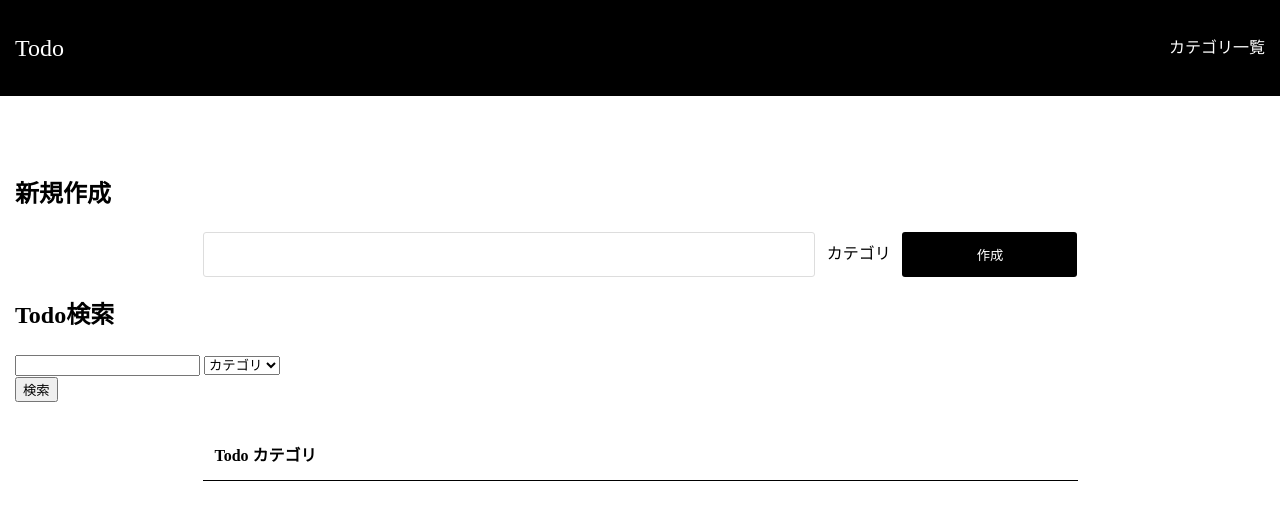
Repository: mayu-ya/todo4
Page: http://localhost/
An editor plug-in stored every save of this project. The page is shown before and after the next save, followed by the edit.
The browser window is 1280 px wide. The pictures show the whole page.
The page is served by the project's Laravel application, run on PHP 8.4 with Laravel 8. Other server files are loaded and not shown. Queries for data that is not in the repository find no rows.

Above is the page before, as saved 2026-01-13 16:04:52.

### src/routes/web.php
<?php

use Illuminate\Support\Facades\Route;
use App\Http\Controllers\TodoController;

/*
|--------------------------------------------------------------------------
| Web Routes
|--------------------------------------------------------------------------
|
| Here is where you can register web routes for your application. These
| routes are loaded by the RouteServiceProvider within a group which
| contains the "web" middleware group. Now create something great!
|
*/

Route::get('/', [TodoController::class, 'index']);
Route::post('/todos', [TodoController::class, 'store']);
Route::patch('/todos/update', [TodoController::class, 'update']);
Route::delete('todos/delete', [TodoController::class, 'destroy']);

### src/app/Http/Controllers/TodoController.php
<?php

namespace App\Http\Controllers;

use App\Models\Todo;
use App\Http\Requests\TodoRequest;
use Illuminate\Http\Request;

class TodoController extends Controller
{
    public function index()
    {
        $todos = Todo::all();

        return view('index', compact('todos'));
    }

    public function store(TodoRequest $request)
    {
        $todo = $request->only(['content']);
        Todo::create($todo);

        return redirect('/')->with('message', 'Todoを作成しました');
    }

    public function update(TodoRequest $request)
    {
        $todo = $request->only(['content']);
        Todo::find($request->id)->update($todo);

        return redirect('/')->with('message', 'Todoを更新しました');
    }

    public function destroy(Request $request)
    {
        Todo::find($request->id)->delete();

        return redirect('/')->with('message', 'Todoを削除しました');
    }
}

### src/app/Models/Todo.php
<?php

namespace App\Models;

use Illuminate\Database\Eloquent\Factories\HasFactory;
use Illuminate\Database\Eloquent\Model;

class Todo extends Model
{
    use HasFactory;

    protected $fillable = ['category_id', 'content'];

    public function category()
    {
        return $this->belongsTo(Category::class);
    }
}

### src/resources/views/index.blade.php
@extends('layouts.app')

@section('css')
<link rel="stylesheet" href="{{ asset('css/index.css') }}">
@endsection

@section('content')
<div class="todo-message">
    @if(session('message'))
    <div class="todo-message_header">
        {{ session('message') }}
    </div>
    @endif
    @if($errors->any())
    <div class="todo-error-message_header">
        <ul>
            @foreach($errors->all() as $error)
            <li>{{ $error }}</li>
            @endforeach
        </ul>
    </div>
    @endif
</div>

<div class="content">
    <div class="section_title">
        <h2>新規作成</h2>
    </div>
    <form class="create-form" action="/todos" method="post">
        @csrf
        <div class="create-form-todo">
            <input class=create-form-todo_input type="text" name="content" value="{{ old('content') }}">
        </div>
        <section class="create-form_item-select">
            <option value="">カテゴリ</option>
        </section>
        <div class="create-form_button">
            <button class="create-form_button-submit" type="submit">作成</button>
        </div>
    </form>
    <div class="section__title">
        <h2>Todo検索</h2>
    </div>
    <form class="search-form">
        <div class="search-form_item">
            <input type="text" class="search-form_item-input">
            <select class="search-form_item-select">
                <option value="">カテゴリ</option>
            </select>
        </div>
        <div class="search-form_button">
            <button class="search-form_button-submit" type="submit">検索</button>
        </div>
    </form>

    <table class="table">
        <tr class="table-row">
            <th class="table-title">
                <span class="todo-table_header-span">Todo</span>
                <span class="todo-table_header-span">カテゴリ</span>
            </th>
        </tr>
        @foreach($todos as $todo)
        <tr class="table-row">
            <td class="table_item">
                <form class="table-update" action="/todos/update" method="post">
                    @method('patch')
                    @csrf
                    <div class="table-todo">
                        <input type="text" class="table-update_input" name="content" value="{{ $todo['content'] }}">
                        <input type="hidden" name="id" value="{{ $todo['id'] }}">
                    </div>
                    <div class="update-form_item">
                        <p class="update-form_item-p">Category 1</p>
                    </div>
                    <div class="table-update_button">
                        <button class="table-update_button-submit" type="submit">更新</button>
                    </div>
                </form>
            </td>
            <td class="table_item">
                <form class="table-delete" action="/todos/delete" method="post">
                    @method('delete')
                    @csrf
                    <div class="table-delete_button">
                        <input type="hidden" name="id" value="{{ $todo['id'] }}">
                        <button class="table-delete_button-submit" type="submit">削除</button>
                    </div>
                </form>
            </td>
        </tr>
        @endforeach
    </table>
</div>
@endsection

### src/resources/views/layouts/app.blade.php
<!DOCTYPE html>
<html lang="ja">
<head>
    <meta charset="UTF-8">
    <meta name="viewport" content="width=device-width, initial-scale=1.0">
    <title>Todo</title>
    <link rel="stylesheet" href="{{ asset('css/sanitize.css') }}">
    <link rel="stylesheet" href="{{ asset('css/common.css') }}">
    @yield('css')
</head>
<body>
    <header class="header">
        <div class="header-inner">
            <div class="header-utilities">
                <a href="/" class="header-logo">Todo</a>
                <nav>
                    <ul class="header-nav">
                        <li class="header-nav_item">
                            <a href="/categories" class="header-nav_link">カテゴリ一覧</a>
                        </li>
                    </ul>
                </nav>
            </div>
        </div>
    </header>

    <main>
        @yield('content')
    </main>
</body>
</html>

### src/public/css/sanitize.css
/* Document
* ========================================================================== */

/**
* Add border box sizing in all browsers (opinionated).
*/

*,
::before,
::after {
box-sizing: border-box;
}

/**
* 1. Add text decoration inheritance in all browsers (opinionated).
* 2. Add vertical alignment inheritance in all browsers (opinionated).
*/

::before,
::after {
vertical-align: inherit; /* 2 */
text-decoration: inherit; /* 1 */
}

/**
* 1. Use the default cursor in all browsers (opinionated).
* 2. Change the line height in all browsers (opinionated).
* 3. Use a 4-space tab width in all browsers (opinionated).
* 4. Remove the grey highlight on links in iOS (opinionated).
* 5. Prevent adjustments of font size after orientation changes in
*    IE on Windows Phone and in iOS.
* 6. Breaks words to prevent overflow in all browsers (opinionated).
*/

html {
word-break: break-word; /* 6 */
-moz-tab-size: 4; /* 3 */
tab-size: 4; /* 3 */
line-height: 1.5; /* 2 */
cursor: default; /* 1 */

-webkit-tap-highlight-color: transparent /* 4 */;
-ms-text-size-adjust: 100%; /* 5 */
-webkit-text-size-adjust: 100%; /* 5 */
}

/* Sections
* ========================================================================== */

/**
* Remove the margin in all browsers (opinionated).
*/

body {
margin: 0;
}

/**
* Correct the font size and margin on `h1` elements within `section` and
* `article` contexts in Chrome, Edge, Firefox, and Safari.
*/

h1 {
margin: 0.67em 0;
font-size: 2em;
}

/* Grouping content
* ========================================================================== */

/**
* Remove the margin on nested lists in Chrome, Edge, IE, and Safari.
*/

dl dl,
dl ol,
dl ul,
ol dl,
ul dl {
margin: 0;
}

/**
* Remove the margin on nested lists in Edge 18- and IE.
*/

ol ol,
ol ul,
ul ol,
ul ul {
margin: 0;
}

/**
* 1. Add the correct sizing in Firefox.
* 2. Show the overflow in Edge 18- and IE.
*/

hr {
overflow: visible; /* 2 */
height: 0; /* 1 */
}

/**
* Add the correct display in IE.
*/

main {
display: block;
}

/**
* Remove the list style on navigation lists in all browsers (opinionated).
*/

nav ol,
nav ul {
padding: 0;
list-style: none;
}

/**
* 1. Correct the inheritance and scaling of font size in all browsers.
* 2. Correct the odd `em` font sizing in all browsers.
*/

pre {
font-size: 1em; /* 2 */
font-family: monospace, monospace; /* 1 */
}

/* Text-level semantics
* ========================================================================== */

/**
* Remove the gray background on active links in IE 10.
*/

a {
background-color: transparent;
}

/**
* Add the correct text decoration in Edge 18-, IE, and Safari.
*/

abbr[title] {
text-decoration: underline;
text-decoration: underline dotted;
}

/**
* Add the correct font weight in Chrome, Edge, and Safari.
*/

b,
strong {
font-weight: bolder;
}

/**
* 1. Correct the inheritance and scaling of font size in all browsers.
* 2. Correct the odd `em` font sizing in all browsers.
*/

code,
kbd,
samp {
font-size: 1em; /* 2 */
font-family: monospace, monospace; /* 1 */
}

/**
* Add the correct font size in all browsers.
*/

small {
font-size: 80%;
}

/* Embedded content
* ========================================================================== */

/*
* Change the alignment on media elements in all browsers (opinionated).
*/

audio,
canvas,
iframe,
img,
svg,
video {
vertical-align: middle;
}

/**
* Add the correct display in IE 9-.
*/

audio,
video {
display: inline-block;
}

/**
* Add the correct display in iOS 4-7.
*/

audio:not([controls]) {
display: none;
height: 0;
}

/**
* Remove the border on iframes in all browsers (opinionated).
*/

iframe {
border-style: none;
}

/**
* Remove the border on images within links in IE 10-.
*/

img {
border-style: none;
}

/**
* Change the fill color to match the text color in all browsers (opinionated).
*/

svg:not([fill]) {
fill: currentColor;
}

/**
* Hide the overflow in IE.
*/

svg:not(:root) {
overflow: hidden;
}

/* Tabular data
* ========================================================================== */

/**
* Collapse border spacing in all browsers (opinionated).
*/

table {
border-collapse: collapse;
}

/* Forms
* ========================================================================== */

/**
* Remove the margin on controls in Safari.
*/

button,
input,
select {
margin: 0;
}

/**
* 1. Show the overflow in IE.
* 2. Remove the inheritance of text transform in Edge 18-, Firefox, and IE.
*/

button {
overflow: visible; /* 1 */
text-transform: none; /* 2 */
}

/**
* Correct the inability to style buttons in iOS and Safari.
*/

button,
[type="button"],
[type="reset"],
[type="submit"] {
-webkit-appearance: button;
}

/**
* 1. Change the inconsistent appearance in all browsers (opinionated).
* 2. Correct the padding in Firefox.
*/

fieldset {
padding: 0.35em 0.75em 0.625em; /* 2 */
border: 1px solid #a0a0a0; /* 1 */
}

/**
* Show the overflow in Edge 18- and IE.
*/

input {
overflow: visible;
}

/**
* 1. Correct the text wrapping in Edge 18- and IE.
* 2. Correct the color inheritance from `fieldset` elements in IE.
*/

legend {
display: table; /* 1 */
max-width: 100%; /* 1 */
color: inherit; /* 2 */
white-space: normal; /* 1 */
}

/**
* 1. Add the correct display in Edge 18- and IE.
* 2. Add the correct vertical alignment in Chrome, Edge, and Firefox.
*/

progress {
display: inline-block; /* 1 */
vertical-align: baseline; /* 2 */
}

/**
* Remove the inheritance of text transform in Firefox.
*/

select {
text-transform: none;
}

/**
* 1. Remove the margin in Firefox and Safari.
* 2. Remove the default vertical scrollbar in IE.
* 3. Change the resize direction in all browsers (opinionated).
*/

textarea {
overflow: auto; /* 2 */
margin: 0; /* 1 */
resize: vertical; /* 3 */
}

/**
* Remove the padding in IE 10-.
*/

[type="checkbox"],
[type="radio"] {
padding: 0;
}

/**
* 1. Correct the odd appearance in Chrome, Edge, and Safari.
* 2. Correct the outline style in Safari.
*/

[type="search"] {
outline-offset: -2px; /* 2 */

-webkit-appearance: textfield; /* 1 */
}

/**
* Correct the cursor style of increment and decrement buttons in Safari.
*/

::-webkit-inner-spin-button,
::-webkit-outer-spin-button {
height: auto;
}

/**
* Correct the text style of placeholders in Chrome, Edge, and Safari.
*/

::-webkit-input-placeholder {
color: inherit;
opacity: 0.54;
}

/**
* Remove the inner padding in Chrome, Edge, and Safari on macOS.
*/

::-webkit-search-decoration {
-webkit-appearance: none;
}

/**
* 1. Correct the inability to style upload buttons in iOS and Safari.
* 2. Change font properties to `inherit` in Safari.
*/

::-webkit-file-upload-button {
font: inherit; /* 2 */

-webkit-appearance: button; /* 1 */
}

/**
* Remove the inner border and padding of focus outlines in Firefox.
*/

::-moz-focus-inner {
padding: 0;
border-style: none;
}

/**
* Restore the focus outline styles unset by the previous rule in Firefox.
*/

:-moz-focusring {
outline: 1px dotted ButtonText;
}

/**
* Remove the additional :invalid styles in Firefox.
*/

:-moz-ui-invalid {
box-shadow: none;
}

/* Interactive
* ========================================================================== */

/*
* Add the correct display in Edge 18- and IE.
*/

details {
display: block;
}

/*
* Add the correct styles in Edge 18-, IE, and Safari.
*/

dialog {
position: absolute;
right: 0;
left: 0;
display: block;
margin: auto;
padding: 1em;
width: -moz-fit-content;
width: -webkit-fit-content;
width: fit-content;
height: -moz-fit-content;
height: -webkit-fit-content;
height: fit-content;
border: solid;
background-color: white;
color: black;
}

dialog:not([open]) {
display: none;
}

/*
* Add the correct display in all browsers.
*/

summary {
display: list-item;
}

/* Scripting
* ========================================================================== */

/**
* Add the correct display in IE 9-.
*/

canvas {
display: inline-block;
}

/**
* Add the correct display in IE.
*/

template {
display: none;
}

/* User interaction
* ========================================================================== */

/*
* 1. Remove the tapping delay in IE 10.
* 2. Remove the tapping delay on clickable elements
in all browsers (opinionated).
*/

a,
area,
button,
input,
label,
select,
summary,
textarea,
[tabindex] {
-ms-touch-action: manipulation; /* 1 */
touch-action: manipulation; /* 2 */
}

/**
* Add the correct display in IE 10-.
*/

[hidden] {
display: none;
}

/* Accessibility
* ========================================================================== */

/**
* Change the cursor on busy elements in all browsers (opinionated).
*/

[aria-busy="true"] {
cursor: progress;
}

/*
* Change the cursor on control elements in all browsers (opinionated).
*/

[aria-controls] {
cursor: pointer;
}

/*
* Change the cursor on disabled, not-editable, or otherwise
* inoperable elements in all browsers (opinionated).
*/

[aria-disabled="true"],
[disabled] {
cursor: not-allowed;
}

/*
* Change the display on visually hidden accessible elements
* in all browsers (opinionated).
*/

[aria-hidden="false"][hidden] {
display: initial;
}

[aria-hidden="false"][hidden]:not(:focus) {
position: absolute;
clip: rect(0, 0, 0, 0);
}

### src/public/css/common.css
.header {
    background: #000;
    max-width: 1536px;
}

.header-inner {
    width: 100%;
    margin: 0 auto;
    padding: 20px 15px;
}

.header-utilities {
    display: flex;
    align-items: center;
    justify-content: space-between;
}

.header-logo {
    display: block;
    font-size: 24px;
    color: #fff;
    text-decoration: none;
    cursor: pointer;
}

.header-nav_link {
    color: #fff;
    text-decoration: none;
}

### src/public/css/index.css
.todo-message_header {
    padding: 10px 30px;
    background: #d1e7dd;
    color: #0f5132;
    border-color: #badbcc;
}

.todo-error-message_header {
    padding: 10px 0;
    background: #f8d7da;
    color: #842029;
    border-color: #f5c2c7;
}

.content {
    max-width: 1536px;
    margin: 0 auto;
    padding: 60px 15px;
}

.create-form {
    display: flex;
    width: 70%;
    justify-content: space-between;
    margin: 0 auto;
    align-items: center;
}

.create-form-todo {
    width: 70%;
}

.create-form-todo_input {
    padding: 10px;
    width: 100%;
    height: 45px;
    border: 1px solid #ddd;
    border-radius: 3px;
    outline: none;
}

.create-form_button {
    width: 20%;
}

.create-form_button-submit {
    padding: 10px;
    width: 100%;
    height: 45px;
    border: none;
    border-radius: 3px;
    background: #000;
    color: #fff;
    cursor: pointer;
}

.table {
    margin: 30px auto;
    width: 70%;
    text-align: left;
}

.table-row {
    display: flex;
    border-bottom: 1px solid #000;
}

.table-title {
    padding: 12px;
    width: 20%;
    text-align: left;
    font-weight: bold;
}

.table-update {
    display: flex;
    align-items: center;
    justify-content: space-between;
}

.table-todo {
    width: 80%;
    line-height: 50%;
}

.table-update_input {
    width: 100%;
    outline: none;
    border: none;
}

.table_item:first-of-type {
    padding: 12px;
    width: 90%;
}

.table-update_button {
    width: 50px;
}

.table-update_button-submit {
    padding: 5px;
    width: 100%;
    border: none;
    border-radius: 3px;
    background: #00f;
    color: #fff;
    cursor: pointer;
}

.table-delete_button {
    width: 50px;
    padding: 12px 0;
}

.table-delete_button-submit {
    padding: 5px;
    width: 100%;
    border: none;
    border-radius: 3px;
    background: #ff0000;
    color: #fff;
    cursor: pointer;
}

Loaded but not shown: src/app/Http/Controllers/Controller.php (common file)

After the next save:
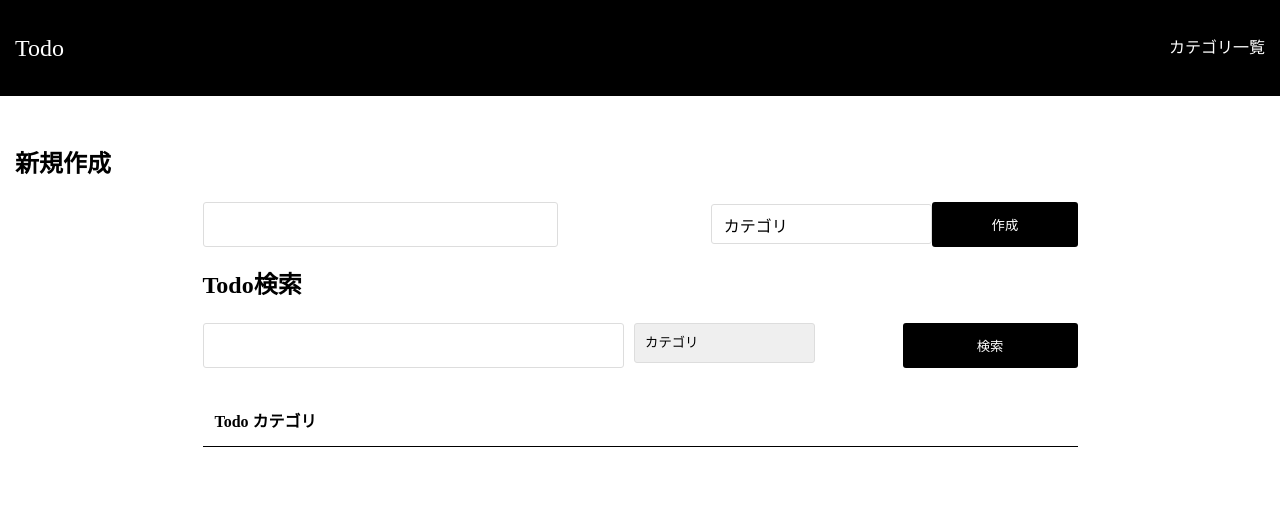
Saved 8 min 29 s later.
--- a/src/public/css/index.css
+++ b/src/public/css/index.css
@@ -15,35 +15,52 @@
 .content {
     max-width: 1536px;
     margin: 0 auto;
-    padding: 60px 15px;
+    padding: 30px 15px;
 }
 
-.create-form {
+.section__title {
+    margin: 0 auto;
+    width: 70%;
+}
+
+.create-form, .search-form {
     display: flex;
     width: 70%;
     justify-content: space-between;
     margin: 0 auto;
+    margin-bottom: 15px;
     align-items: center;
 }
 
-.create-form-todo {
+.create-form-todo, .search-form_item {
+    display: flex;
     width: 70%;
 }
 
-.create-form-todo_input {
+.create-form-todo_input, .search-form_item-input {
+    margin-right: 10px;
     padding: 10px;
-    width: 100%;
+    width: 70%;
     height: 45px;
     border: 1px solid #ddd;
     border-radius: 3px;
     outline: none;
 }
 
-.create-form_button {
+.create-form_item-select, .search-form_item-select {
+    padding: 10px;
+    width: 30%;
+    height: 40px;
+    border: 1px solid #ddd;
+    border-radius: 3px;
+    appearance: none;
+}
+
+.create-form_button, .search-form_button {
     width: 20%;
 }
 
-.create-form_button-submit {
+.create-form_button-submit, .search-form_button-submit {
     padding: 10px;
     width: 100%;
     height: 45px;
@@ -72,6 +89,10 @@
     font-weight: bold;
 }
 
+.todo-table__header-span {
+    margin-right: 40%;
+}
+
 .table-update {
     display: flex;
     align-items: center;
@@ -79,7 +100,7 @@
 }
 
 .table-todo {
-    width: 80%;
+    width: 40%;
     line-height: 50%;
 }
 
@@ -87,6 +108,11 @@
     width: 100%;
     outline: none;
     border: none;
+}
+
+.update-form__item-p {
+    text-align: left;
+    font-size: 13px;
 }
 
 .table_item:first-of-type {
